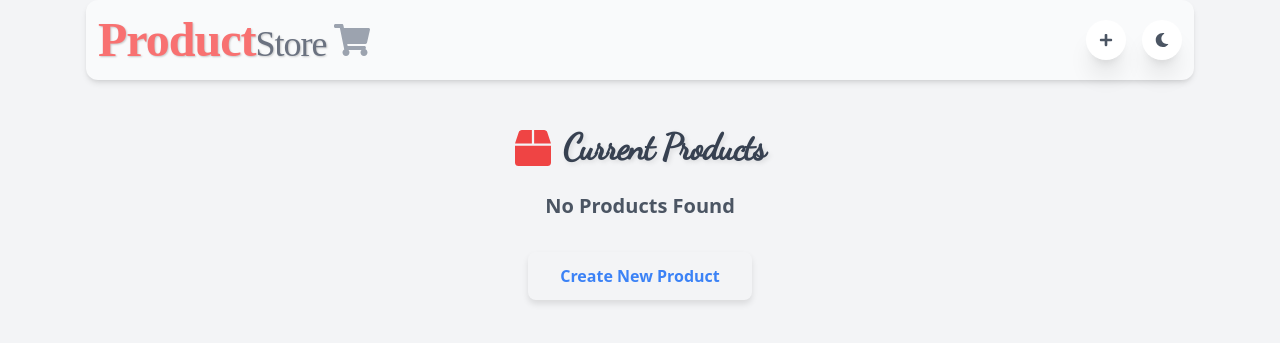
Repository: xarrkhan001/Mern-stack-Project
Page: / (app in frontend/)
An editor plug-in stored every save of this project. The page is shown before and after the next save, followed by the edit.
The browser window is 1280 px wide. The pictures show the whole page.
The project was rebuilt for these pictures with package versions that can differ from the ones it lists, and the page was loaded fresh each time. Also part of the build but not shown: frontend/vite.config.js, frontend/src/store/product.js, frontend/src/pages/CreatePage.jsx.

Above is the page before, as saved 2025-03-06 14:43:08.

### frontend/src/main.jsx
import React from "react";
import { BrowserRouter } from "react-router-dom";
import ReactDOM from "react-dom";
import "./index.css";
import App from "./App";

ReactDOM.render(
  <React.StrictMode>
    <BrowserRouter>
      <App />
    </BrowserRouter>
  </React.StrictMode>,
  document.getElementById("root")
);

### frontend/src/index.css
@import url('https://fonts.googleapis.com/css2?family=Dancing+Script&display=swap');


@tailwind base;
@tailwind components;
@tailwind utilities;

### frontend/src/App.jsx
import React from "react";
import { Routes, Route } from "react-router-dom";
import HomePage from "./pages/HomePage";
import CreatePage from "./pages/CreatePage";
import Navbar from "./components/Navbar";

const App = () => {
  return (
    <>
      <div className="min-h-[100vh] bg-gray-100 dark:bg-gray-900 dark:text-white">
        {" "}
        {/* Lighter background color */}
        <Navbar />
        <Routes>
          <Route path="/" element={<HomePage />} />
          <Route path="/create" element={<CreatePage />} />
        </Routes>
      </div>
    </>
  );
};

export default App;

### frontend/src/pages/HomePage.jsx
import React from "react";
import { FaBox } from "react-icons/fa"; // Example icon from react-icons
import { Link } from "react-router-dom"; // Import Link for routing

const HomePage = () => {
  return (
    <div className="max-w-2xl py-12 mx-auto text-center">
      {/* Title Section */}
      <h1 className="text-4xl text-red-500 flex justify-center items-center space-x-3 font-bold">
        <FaBox className="text-4xl" />
        <span
          className="text-gray-700 font-bold"
          style={{
            fontFamily: "'Dancing Script', cursive",
            letterSpacing: "-1px",
            lineHeight: "1.1",
            textShadow: "2px 2px 5px rgba(0, 0, 0, 0.1)",
            WebkitFontSmoothing: "antialiased",
            MozOsxFontSmoothing: "grayscale",
          }}
        >
          Current Products
        </span>
      </h1>

      {/* No Products Found Text */}
      <p className="text-gray-600 mt-6 text-xl font-semibold">
        No Products Found
      </p>

      {/* Create New Product Button */}
      <div className="mt-8">
        <Link to="/create">
          <button
            className="px-8 py-3 text-blue-500  font-semibold rounded-lg shadow-md transform transition duration-200 ease-in-out hover:scale-105"
            style={{
              boxShadow: "0 4px 6px rgba(0, 0, 0, 0.1)",
            }}
          >
            Create New Product
          </button>
        </Link>
      </div>
    </div>
  );
};

export default HomePage;

### frontend/src/components/Navbar.jsx
import React, { useState, useEffect } from "react";
import { Link } from "react-router-dom";
import { FaPlus, FaShoppingCart, FaSun, FaMoon } from "react-icons/fa";

const Navbar = () => {
  const [isDarkMode, setIsDarkMode] = useState(false);

  useEffect(() => {
    const savedTheme = localStorage.getItem("theme");
    if (savedTheme) {
      setIsDarkMode(savedTheme === "dark");
    }
  }, []);

  const toggleDarkMode = () => {
    setIsDarkMode((prevMode) => {
      const newMode = !prevMode;
      localStorage.setItem("theme", newMode ? "dark" : "light");
      return newMode;
    });
  };

  useEffect(() => {
    if (isDarkMode) {
      document.documentElement.classList.add("dark");
    } else {
      document.documentElement.classList.remove("dark");
    }
  }, [isDarkMode]);

  return (
    <div className="max-w-[1140px] px-4 mx-auto">
      {/* Navbar container */}
      <div
        className={`flex items-center justify-between h-20 p-3 rounded-xl shadow-md text-black dark:text-white ${
          isDarkMode ? "bg-transparent dark:bg-gray-800" : "bg-gray-50"
        }`}
      >
        {/* Left side - ProductStore logo */}
        <Link to="/" className="flex items-center space-x-1 sm:space-x-2">
          <span
            className="font-logo text-4xl sm:text-5xl tracking-tight text-red-500 dark:text-gray-100"
            style={{
              fontFamily: " cursive",
              letterSpacing: "-1px",
              lineHeight: "1.1",
              textShadow: "1px 1px 2px rgba(0, 0, 0, 0.2)",
              WebkitFontSmoothing: "antialiased",
              MozOsxFontSmoothing: "grayscale",
            }}
          >
            <span className="text-4xl sm:text-5xl font-semibold text-red-400 dark:text-red-400">
              Product
            </span>
            <span className="text-3xl sm:text-4xl text-gray-500 dark:text-gray-400">
              Store
            </span>
          </span>
          <FaShoppingCart className="text-3xl sm:text-4xl text-gray-400 dark:text-gray-300 ml-1 sm:ml-2" />
        </Link>

        {/* Right side - Icons */}
        <div className="flex items-center space-x-2 sm:space-x-4">
          {/* Plus Icon */}
          <Link to="/create">
            <button className="w-8 h-8 sm:w-10 sm:h-10 bg-white dark:bg-gray-500 text-gray-600 dark:text-white rounded-full flex items-center justify-center transform hover:scale-125 transition-all duration-300 shadow-xl hover:shadow-2xl focus:outline-none">
              <FaPlus size={14} />
            </button>
          </Link>

          {/* Dark/Light Mode Toggle Icon */}
          <button
            onClick={toggleDarkMode}
            className="w-8 h-8 sm:w-10 sm:h-10 bg-white dark:bg-gray-500 text-[#FF4081] dark:text-white rounded-full flex items-center justify-center transform hover:scale-125 transition-all duration-300 shadow-xl hover:shadow-2xl focus:outline-none"
          >
            {isDarkMode ? (
              <FaSun size={14} className="text-yellow-500 sm:text-16" />
            ) : (
              <FaMoon size={14} className="text-gray-600 sm:text-16" />
            )}
          </button>
        </div>
      </div>
    </div>
  );
};

export default Navbar;

### frontend/tailwind.config.js
/** @type {import('tailwindcss').Config} */
export default {
  content: ["./index.html", "./src/**/*.{js,ts,jsx,tsx}"],
  theme: {
    extend: {},
  },
  darkMode: "class", // Enable dark mode via the 'dark' class
  plugins: [],
};

Loaded but not shown: frontend/index.html (common file)

After the next save:
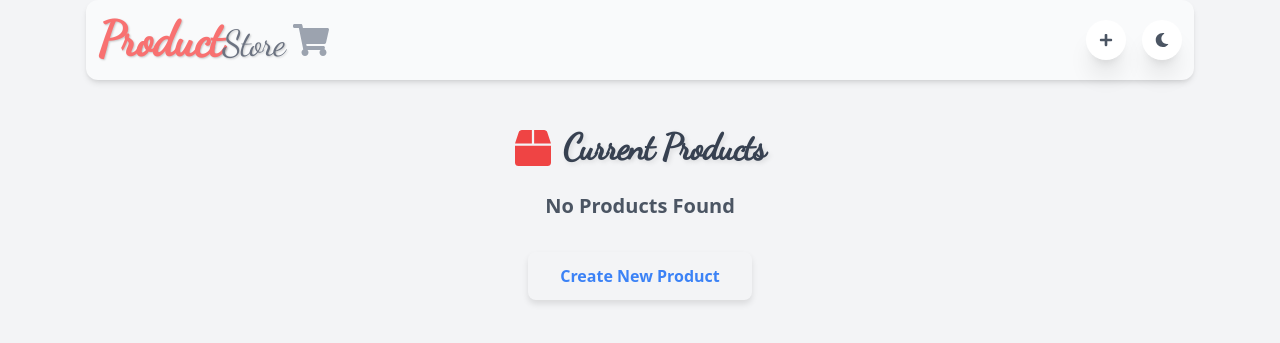
Saved 46 s later.
--- a/frontend/src/components/Navbar.jsx
+++ b/frontend/src/components/Navbar.jsx
@@ -41,7 +41,7 @@
           <span
             className="font-logo text-4xl sm:text-5xl tracking-tight text-red-500 dark:text-gray-100"
             style={{
-              fontFamily: " cursive",
+              fontFamily: "'Dancing Script', cursive",
               letterSpacing: "-1px",
               lineHeight: "1.1",
               textShadow: "1px 1px 2px rgba(0, 0, 0, 0.2)",
